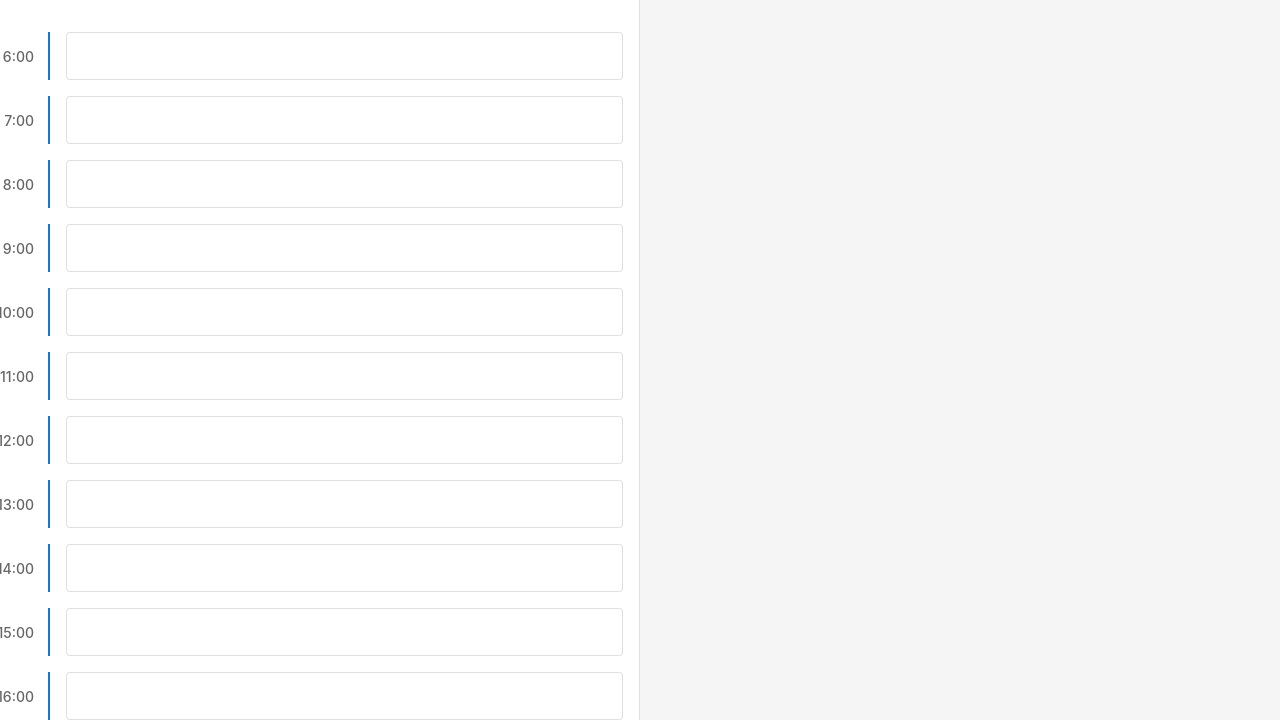
Repository: a6288a/Daily-Planner
Page: index.html
The author's editor kept a copy of each file at every save. The page is drawn from the files as they stood at one save, then again after the next save.
The browser window is 1280 px wide. The pictures show the whole page.
An inner scrolling area shows only its first screen.

Above is the page before, as saved 2024-12-10 15:51:03.

### index.html
<!DOCTYPE html>
<html lang="zh">
<head>
    <meta charset="UTF-8">
    <meta name="viewport" content="width=device-width, initial-scale=1.0">
    <title>时间笔记本</title>
    <link rel="stylesheet" href="styles.css">
</head>
<body>
    <div class="container">
        <!-- 左侧时间轴区域 -->
        <div class="timeline-area">
            <div class="timeline-container" id="timeline-container">
                <!-- 时间轴将通过 JS 动态生成 -->
            </div>
        </div>

        <!-- 右侧自由区域 -->
        <div class="free-area" id="free-area">
            <!-- 便签将通过 JS 动态生成 -->
        </div>
    </div>
    <script src="script.js"></script>
</body>
</html>

### styles.css
:root {
    /* Material Design 颜色变量 */
    --primary-color: #1976d2;
    --primary-light: #63a4ff;
    --primary-dark: #004ba0;
    --surface-color: #ffffff;
    --background-color: #f5f5f5;
    --text-primary: rgba(0, 0, 0, 0.87);
    --text-secondary: rgba(0, 0, 0, 0.6);
    --border-color: rgba(0, 0, 0, 0.12);

    /* 阴影变量 */
    --shadow-1: 0 1px 3px rgba(0,0,0,0.12), 0 1px 2px rgba(0,0,0,0.24);
    --shadow-2: 0 3px 6px rgba(0,0,0,0.15), 0 2px 4px rgba(0,0,0,0.12);

    /* 间距变量 */
    --spacing-unit: 8px;
}

* {
    margin: 0;
    padding: 0;
    box-sizing: border-box;
}

body {
    font-family: -apple-system, BlinkMacSystemFont, 'Segoe UI', Roboto, Oxygen, Ubuntu, Cantarell, sans-serif;
    color: var(--text-primary);
    background-color: var(--background-color);
    line-height: 1.5;
}

.container {
    display: grid;
    grid-template-columns: 1fr 1fr; /* 左右各占50% */
    min-height: 100vh;
    width: 100%;
    max-width: 2000px; /* 限制最大宽度 */
    margin: 0 auto;
}

/* 时间轴区域样式 */
.timeline-area {
    border-right: 1px solid var(--border-color);
    background: var(--surface-color);
    height: 100vh;
    overflow-y: auto;
    position: relative;
    box-shadow: var(--shadow-1);
}

.timeline-container {
    padding: calc(var(--spacing-unit) * 2);
}

.time-slot {
    border-left: 2px solid var(--primary-color);
    margin: calc(var(--spacing-unit) * 2) 0;
    margin-left: calc(var(--spacing-unit) * 4);
    position: relative;
    transition: all 0.3s ease;
}

.time-label {
    position: absolute;
    left: calc(var(--spacing-unit) * -8);
    top: 50%;
    transform: translateY(-50%);
    font-size: 0.875rem;
    color: var(--text-secondary);
    font-weight: 500;
    width: calc(var(--spacing-unit) * 6);
    text-align: right;
}

.time-content {
    margin-left: calc(var(--spacing-unit) * 2);
    min-height: calc(var(--spacing-unit) * 6);
    border: 1px solid var(--border-color);
    border-radius: 4px;
    padding: var(--spacing-unit);
    background: var(--surface-color);
    cursor: pointer;
    transition: all 0.2s ease;
}

.time-content:hover {
    border-color: var(--primary-color);
    box-shadow: var(--shadow-1);
}

.time-content:focus {
    outline: none;
    border-color: var(--primary-color);
    box-shadow: var(--shadow-2);
}

/* 自由区域样式 */
.free-area {
    padding: calc(var(--spacing-unit) * 2);
    position: relative;
    background: var(--background-color);
    height: 100vh;
    overflow: auto;
}

.note {
    position: absolute;
    min-width: 200px;
    min-height: 120px;
    background: var(--surface-color);
    border-radius: 4px;
    padding: calc(var(--spacing-unit) * 1.5);
    cursor: move;
    box-shadow: var(--shadow-1);
    transition: all 0.2s ease;
}

.note:hover {
    box-shadow: var(--shadow-2);
}

.editable {
    width: 100%;
    height: 100%;
    border: none;
    resize: none;
    font-family: inherit;
    font-size: 0.9375rem;
    color: var(--text-primary);
    background: transparent;
    padding: 0;
}

.editable:focus {
    outline: none;
}

/* 响应式设计 */
@media (max-width: 768px) {
    .container {
        grid-template-columns: 1fr; /* 在小屏幕上堆叠显示 */
    }

    .timeline-area,
    .free-area {
        height: 50vh; /* 上下各占一半 */
    }

    .time-label {
        font-size: 0.75rem;
        left: calc(var(--spacing-unit) * -6);
    }

    .note {
        min-width: 160px;
        min-height: 100px;
    }
}

/* 滚动条美化 */
::-webkit-scrollbar {
    width: 8px;
}

::-webkit-scrollbar-track {
    background: var(--background-color);
}

::-webkit-scrollbar-thumb {
    background: var(--primary-light);
    border-radius: 4px;
}

::-webkit-scrollbar-thumb:hover {
    background: var(--primary-color);
}

### script.js
// 初始化数据
let timelineData = JSON.parse(localStorage.getItem('timelineData')) || {};
let freeNotes = JSON.parse(localStorage.getItem('freeNotes')) || [];

// 初始化页面
document.addEventListener('DOMContentLoaded', () => {
    initializeTimeline();
    initializeFreeArea();
    loadSavedData();
});

// 初始化时间轴
function initializeTimeline() {
    const container = document.getElementById('timeline-container');

    // 生成6:00-24:00的时间槽
    for (let hour = 6; hour <= 24; hour++) {
        const timeSlot = document.createElement('div');
        timeSlot.className = 'time-slot';

        const timeLabel = document.createElement('div');
        timeLabel.className = 'time-label';
        timeLabel.textContent = `${hour}:00`;

        const timeContent = document.createElement('div');
        timeContent.className = 'time-content';
        timeContent.contentEditable = true;
        timeContent.dataset.hour = hour;

        // 加载保存的数据
        if (timelineData[hour]) {
            timeContent.textContent = timelineData[hour];
        }

        // 保存输入的内容
        timeContent.addEventListener('blur', (e) => {
            const hour = e.target.dataset.hour;
            timelineData[hour] = e.target.textContent;
            saveToLocalStorage();
        });

        // 添加拖拽功能
        timeContent.draggable = true;
        timeContent.addEventListener('dragstart', handleDragStart);
        timeContent.addEventListener('dragover', handleDragOver);
        timeContent.addEventListener('drop', handleDrop);

        timeSlot.appendChild(timeLabel);
        timeSlot.appendChild(timeContent);
        container.appendChild(timeSlot);
    }
}

// 初始化自由区域
function initializeFreeArea() {
    const freeArea = document.getElementById('free-area');

    // 点击空白处添加新便签
    freeArea.addEventListener('dblclick', (e) => {
        if (e.target === freeArea) {
            createNote(e.clientX, e.clientY);
        }
    });
}

// 创建新便签
function createNote(x, y) {
    const note = document.createElement('div');
    note.className = 'note';

    const textarea = document.createElement('textarea');
    textarea.className = 'editable';

    note.style.left = `${x}px`;
    note.style.top = `${y}px`;

    note.appendChild(textarea);
    document.getElementById('free-area').appendChild(note);

    // 使便签可拖动
    makeDraggable(note);

    // 保存便签内容
    textarea.addEventListener('blur', () => {
        const noteData = {
            id: Date.now(),
            content: textarea.value,
            position: {
                x: note.offsetLeft,
                y: note.offsetTop
            }
        };
        freeNotes.push(noteData);
        saveToLocalStorage();
    });
}

// 使元素可拖动
function makeDraggable(element) {
    let pos1 = 0, pos2 = 0, pos3 = 0, pos4 = 0;

    element.onmousedown = dragMouseDown;

    function dragMouseDown(e) {
        e.preventDefault();
        pos3 = e.clientX;
        pos4 = e.clientY;
        document.onmouseup = closeDragElement;
        document.onmousemove = elementDrag;
    }

    function elementDrag(e) {
        e.preventDefault();
        pos1 = pos3 - e.clientX;
        pos2 = pos4 - e.clientY;
        pos3 = e.clientX;
        pos4 = e.clientY;

        element.style.top = (element.offsetTop - pos2) + "px";
        element.style.left = (element.offsetLeft - pos1) + "px";
    }

    function closeDragElement() {
        document.onmouseup = null;
        document.onmousemove = null;
    }
}

// 处理时间轴拖拽
function handleDragStart(e) {
    e.dataTransfer.setData('text/plain', e.target.dataset.hour);
}

function handleDragOver(e) {
    e.preventDefault();
}

function handleDrop(e) {
    e.preventDefault();
    const sourceHour = e.dataTransfer.getData('text/plain');
    const targetHour = e.target.dataset.hour;

    // 交换内容
    const temp = timelineData[sourceHour];
    timelineData[sourceHour] = timelineData[targetHour];
    timelineData[targetHour] = temp;

    // 更新显示
    loadSavedData();
}

// 加载保存的数据
function loadSavedData() {
    // 加载时间轴数据
    for (const hour in timelineData) {
        const timeContent = document.querySelector(`[data-hour="${hour}"]`);
        if (timeContent) {
            timeContent.textContent = timelineData[hour];
        }
    }

    // 加载自由区便签
    freeNotes.forEach(note => {
        const noteElement = document.createElement('div');
        noteElement.className = 'note';
        noteElement.style.left = `${note.position.x}px`;
        noteElement.style.top = `${note.position.y}px`;

        const textarea = document.createElement('textarea');
        textarea.className = 'editable';
        textarea.value = note.content;

        noteElement.appendChild(textarea);
        document.getElementById('free-area').appendChild(noteElement);
        makeDraggable(noteElement);
    });
}

// 保存到本地存储
function saveToLocalStorage() {
    localStorage.setItem('timelineData', JSON.stringify(timelineData));
    localStorage.setItem('freeNotes', JSON.stringify(freeNotes));
}

After the next save:
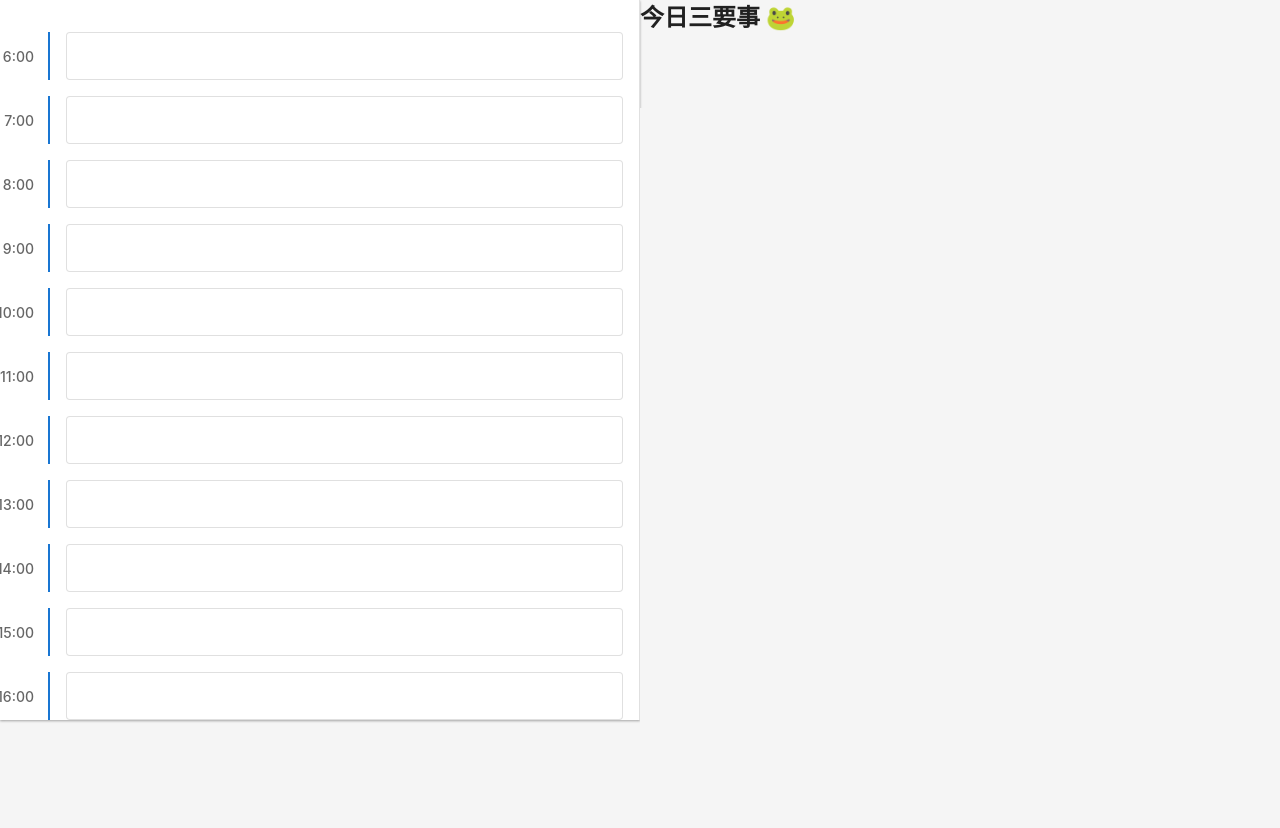
Saved 2 min 32 s later.
--- a/index.html
+++ b/index.html
@@ -3,7 +3,7 @@
 <head>
     <meta charset="UTF-8">
     <meta name="viewport" content="width=device-width, initial-scale=1.0">
-    <title>时间笔记本</title>
+    <title>每日规划笔记本</title>
     <link rel="stylesheet" href="styles.css">
 </head>
 <body>
@@ -15,9 +15,22 @@
             </div>
         </div>
 
-        <!-- 右侧自由区域 -->
-        <div class="free-area" id="free-area">
-            <!-- 便签将通过 JS 动态生成 -->
+        <!-- 右侧区域 -->
+        <div class="right-area">
+            <!-- 三只青蛙区域 -->
+            <div class="frogs-area">
+                <h2 class="frogs-title">今日三要事 <span class="frog-emoji">🐸</span></h2>
+                <div class="frog-tasks">
+                    <div class="frog-task" contenteditable="true" data-placeholder="重要任务 1"></div>
+                    <div class="frog-task" contenteditable="true" data-placeholder="重要任务 2"></div>
+                    <div class="frog-task" contenteditable="true" data-placeholder="重要任务 3"></div>
+                </div>
+            </div>
+
+            <!-- 自由记录区域 -->
+            <div class="free-area" id="free-area">
+                <!-- 便签将通过 JS 动态生成 -->
+            </div>
         </div>
     </div>
     <script src="script.js"></script>
